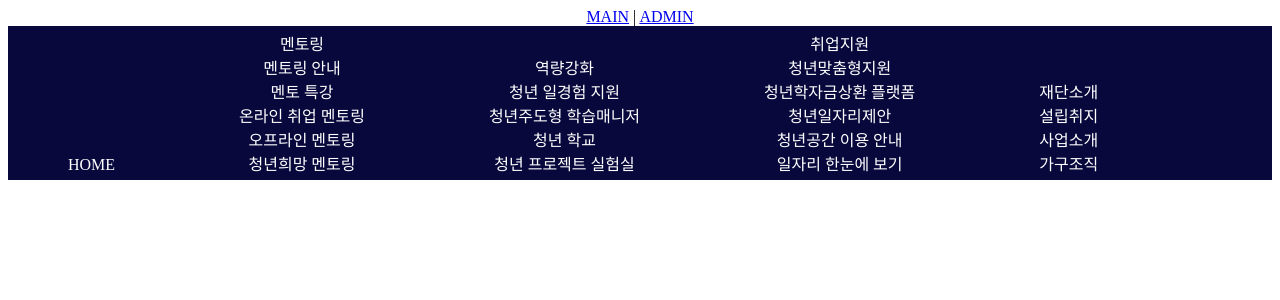
Repository: nywogud/promoPoli
Page: http://localhost/poli/WEB-INF/views/home.jsp
The author's editor kept a copy of each file at every save. The page is drawn from the files as they stood at one save, then again after the next save.
The browser window is 1280 px wide. The pictures show the whole page.
The page is served by Tomcat 9. Nobody is signed in. Other server files are loaded and not shown. The template is opened directly, without the code that normally fills it, so the values that code supplies are empty.

Above is the page before, as saved 2021-06-29 11:53:41.

### workspace/poli/src/main/webapp/WEB-INF/views/home.jsp
<%@ page language="java" contentType="text/html; charset=UTF-8" pageEncoding="UTF-8"%>
<%@ taglib uri="http://java.sun.com/jsp/jstl/core" prefix="c" %>
<%@ page session="false" %>
<html>
<head>
	<title>main</title>
	<style>
		ul, ol, li{
			list-style: none;
			margin: 0;
			padding: 0;
		}

		ul.main{color: white; background: rgb(8,8,61);}
		ul.main > li {
			display: inline-block; width: max-content; padding: 5px 10px;
			 text-align: center; margin-left: 50px; margin-right: 50px;
		}

		ul.main > li ul.sub {/*display: none;*/}



	</style>
</head>
<body>
	<div style="text-align: center;">
		<label><a href="/">MAIN</a></label>
		<label>|</label>
		<label><a href="#">ADMIN</a></label>
	</div>
	<div id="navHovBar">
		<ul class="main">
			<li class="main1">HOME</li>
			<li class="main2">
				멘토링
				<ul class="main2Sub sub">
					<li>멘토링 안내</li>
					<li>멘토 특강</li>
					<li>온라인 취업 멘토링</li>
					<li>오프라인 멘토링</li>
					<li>청년희망 멘토링</li>
				</ul>
			</li>
			<li class="main3">
				역량강화
				<ul class="main3Sub sub">
					<li>청년 일경험 지원</li>
					<li>청년주도형 학습매니저</li>
					<li>청년 학교</li>
					<li>청년 프로젝트 실험실</li>
				</ul>
			</li>
			<li class="main4">
				취업지원
				<ul class="main4Sub sub">
					<li>청년맞춤형지원</li>
					<li>청년학자금상환 플랫폼</li>
					<li>청년일자리제안</li>
					<li>청년공간 이용 안내</li>
					<li>일자리 한눈에 보기</li>
				</ul>
			</li>
			<li class="main5">
				재단소개
				<ul class="main5Sub sub">
					<li>설립취지</li>
					<li>사업소개</li>
					<li>가구조직</li>
				</ul>
			</li>
		</ul>
	</div>
</body>
</html>

After the next save:
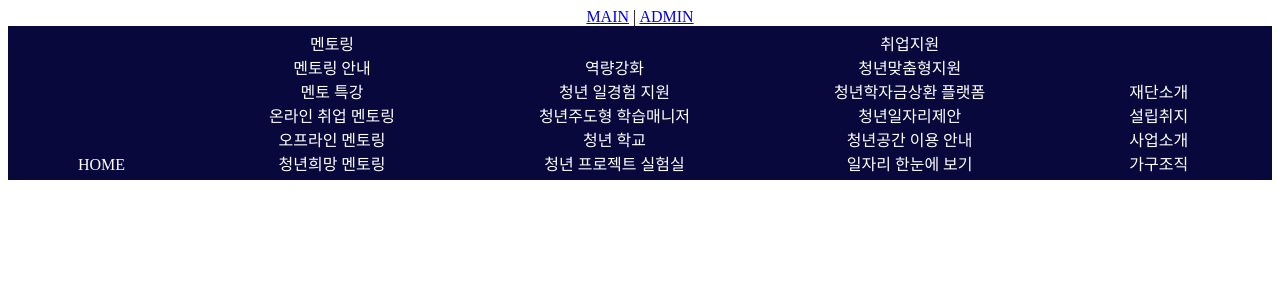
Saved 15 s later.
--- a/workspace/poli/src/main/webapp/WEB-INF/views/home.jsp
+++ b/workspace/poli/src/main/webapp/WEB-INF/views/home.jsp
@@ -14,7 +14,7 @@
 		ul.main{color: white; background: rgb(8,8,61);}
 		ul.main > li {
 			display: inline-block; width: max-content; padding: 5px 10px;
-			 text-align: center; margin-left: 50px; margin-right: 50px;
+			 text-align: center; margin-left: 60px; margin-right: 60px;
 		}
 
 		ul.main > li ul.sub {/*display: none;*/}
